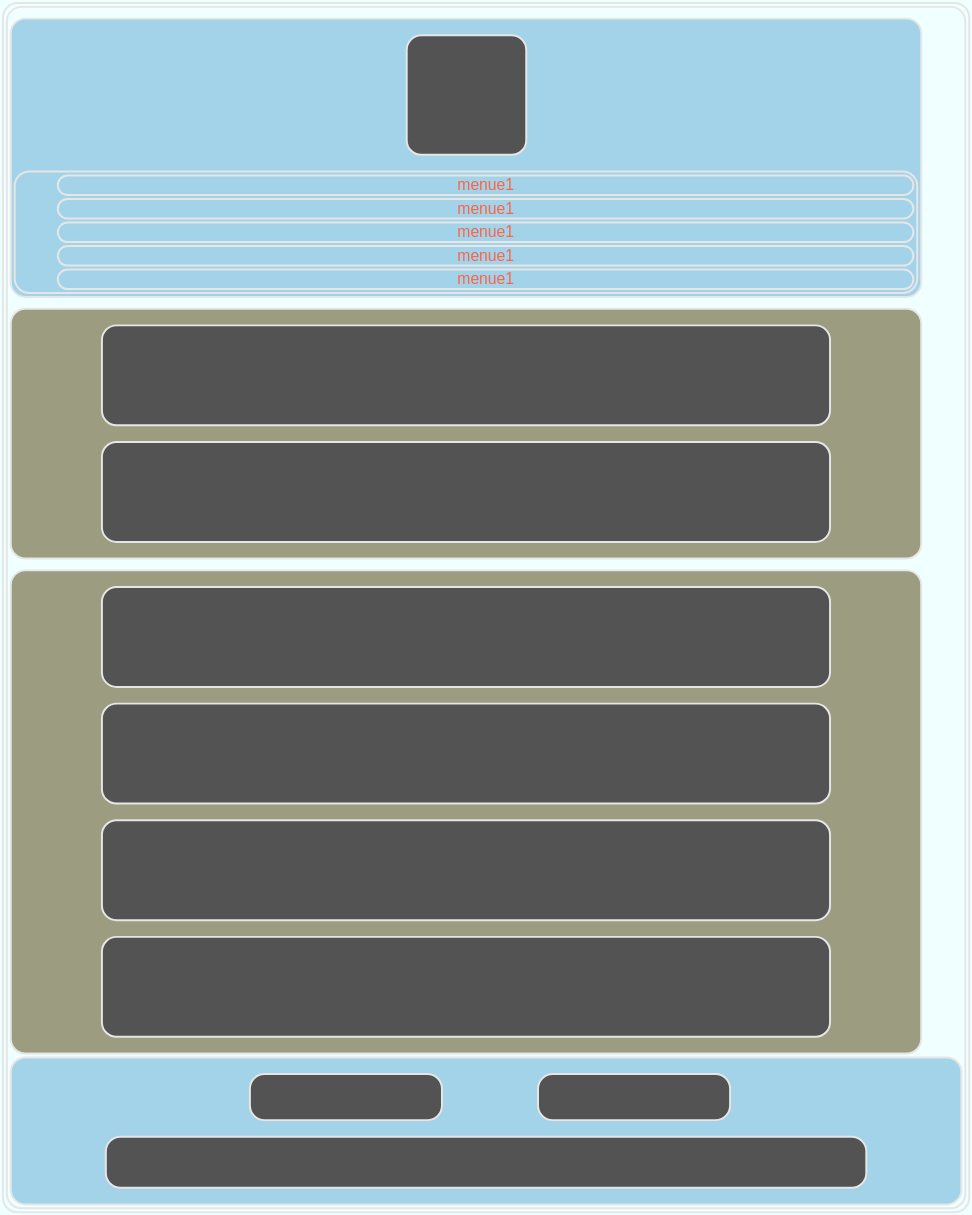
Repository: clairedupuich/cv-claireDUPUICH
Page: cv.html
These files come from the project's save history. The page is drawn as it stood at one moment and after the next save; the edit follows.
The browser window is 992 px wide. The pictures show the whole page, at 98% of full size.

Above is the page before, as saved 2020-10-08 16:19:16.

After the next save:
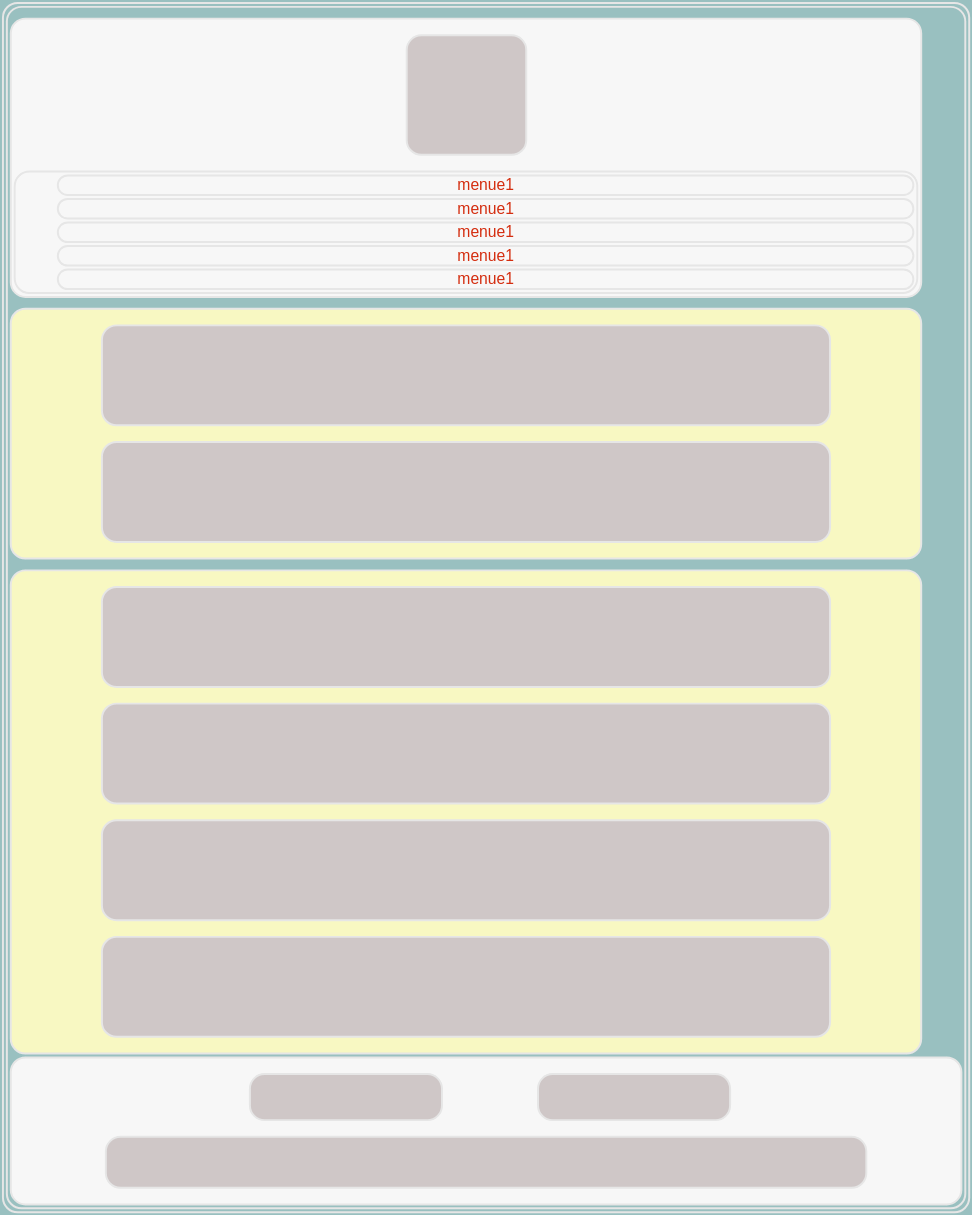
Saved 5 min 40 s later.
--- a/cv.css
+++ b/cv.css
@@ -1,12 +1,12 @@
+* {
+    font-family: Avenir, sans-serif;
+    border: 2px solid rgb(230, 230, 230);
+    border-radius: 16px;
+    margin: 2px;
 
+}
 @media screen and (min-width: 768px) and (max-width: 992px){
-    * {
-        font-family: Avenir, sans-serif;
-        border: 2px solid rgb(230, 230, 230);
-        border-radius: 16px;
-         margin: 2px;
 
-    }
 
     body {
         background-color: azure;
@@ -60,5 +60,57 @@
     }
 
 }
-@media screen and (min-width: 992px) and (max-width: 1200px){}
+@media screen and (min-width: 992px) and (max-width: 1200px){
+
+    body {
+        background-color: rgb(153, 192, 192);
+
+
+    }
+    section {
+        margin-top: 10px;
+        width: 95%;
+        background-color: rgb(248, 248, 194);
+
+
+    }
+    div {
+        margin: 15px auto;
+        width:80% ;
+        height: 100px;
+        background-color: rgb(207, 199, 199);
+    }
+    ul {
+        text-align: center;
+        list-style: none;
+        color: rgb(212, 45, 15);
+    }
+
+    footer,
+    .header{
+        background-color:rgb(247, 247, 247);
+    }
+
+    .footer2,
+    .footer1 {
+        height: 45px;
+        width: 20%;
+        float: left;
+
+    }
+    .footer1{
+        margin-left: 25%;
+        margin-right: 10%;
+    }
+
+    .footer3 {
+        clear: both;
+        height: 50px;
+    }
+    .img {
+        width:120px;
+        height: 120px;
+        text-align: left;
+    }
+}
 @media screen and (min-width: 1200px){}
